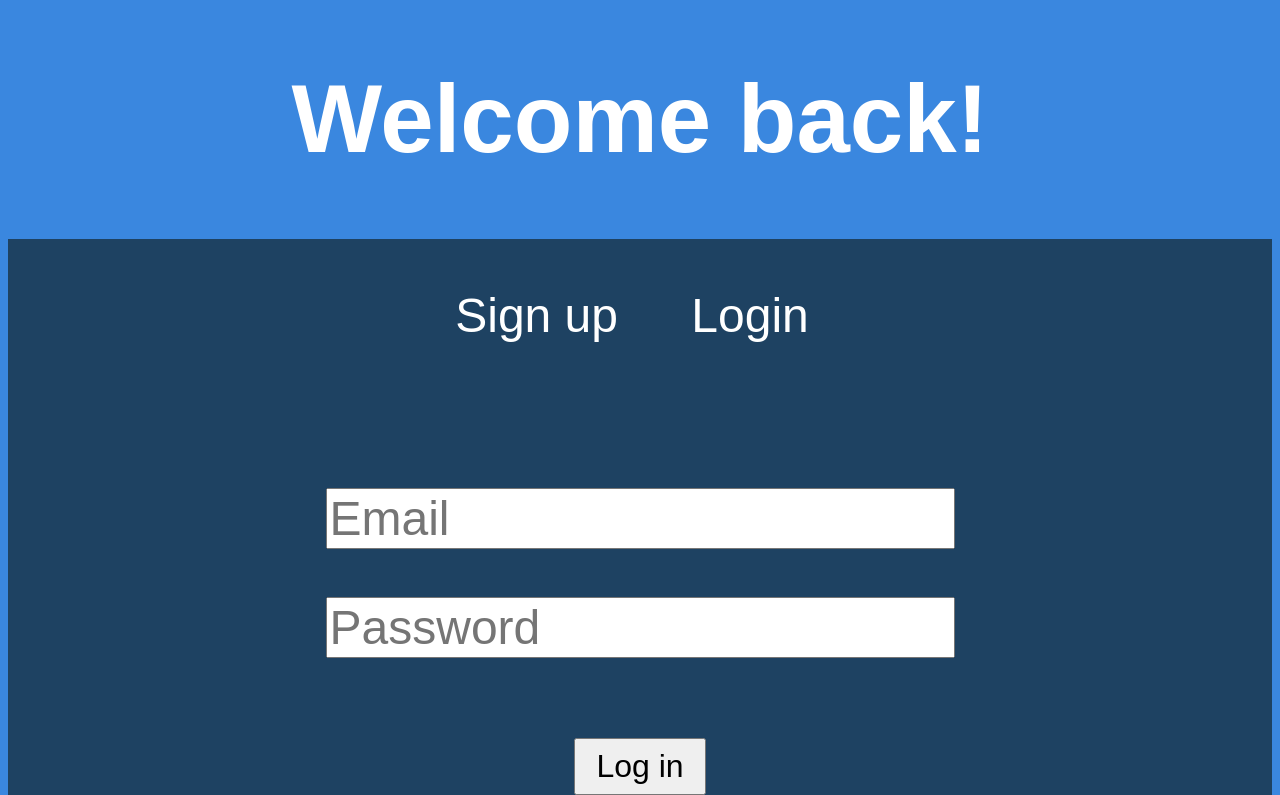
Repository: NicolasssCarlos/basic-flask-login
Page: http://localhost/
An editor plug-in stored every save of this project. The page is shown before and after the next save, followed by the edit.
The browser window is 1280 px wide. The pictures show the whole page.
The page is served by the project's application, run on Flask 3 (app.py).

Above is the page before, as saved 2025-06-11 20:42:50.

After the next save:
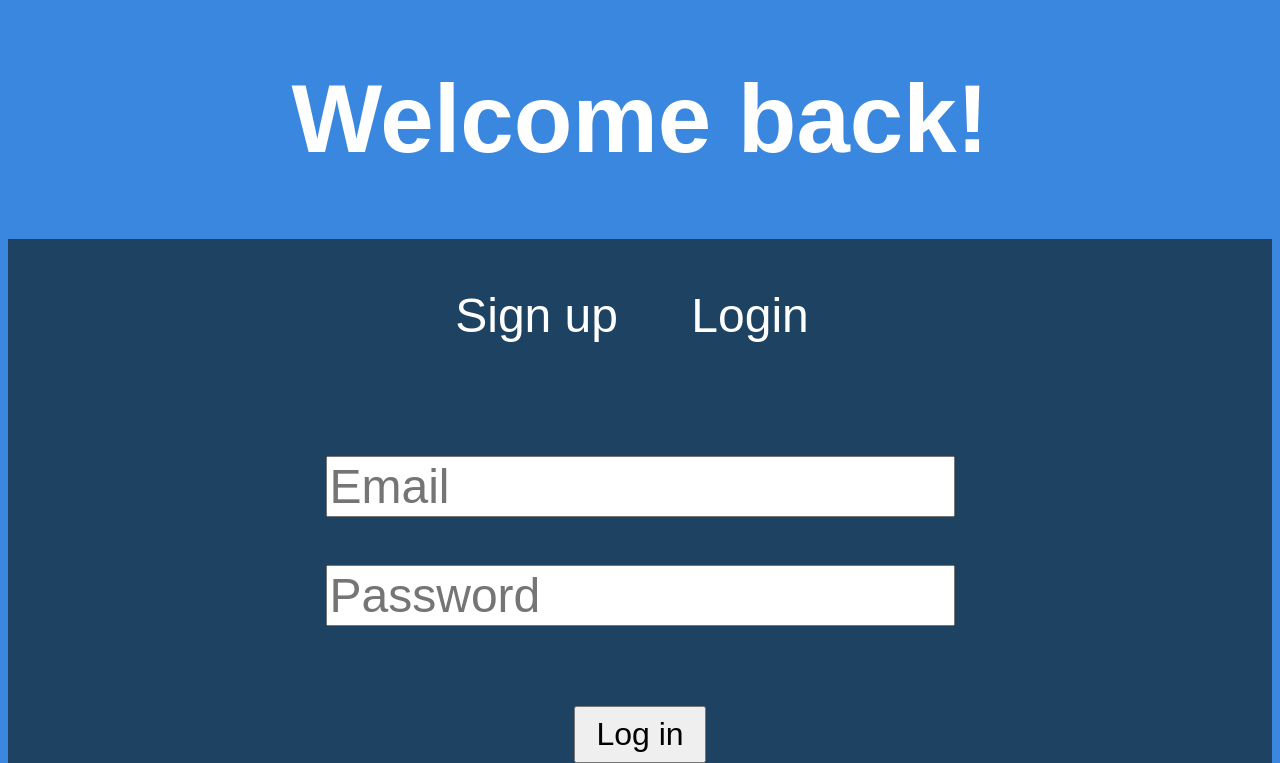
Saved 18 s later.
--- a/static/main.css
+++ b/static/main.css
@@ -67,7 +67,7 @@
     margin: 0 auto;
 
 
-    margin-top: 5rem;
+    margin-top: 3rem;
 
 
     align-items: center;
@@ -136,10 +136,7 @@
     text-align: center;
 
 
-    margin-top: 3rem;
 
-
-    margin-bottom: 3rem;
 }
 
 
